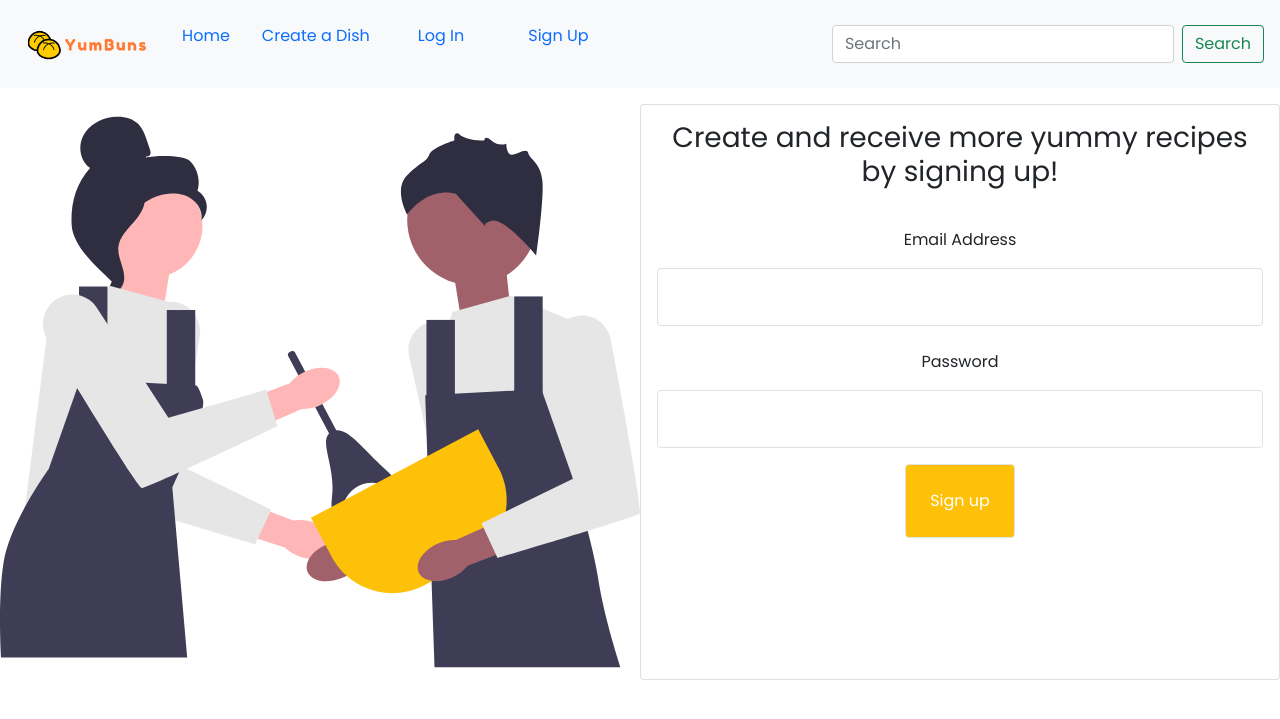
Repository: mottad14/yumBuns
Page: /signup (app in client/)
An editor plug-in stored every save of this project. The page is shown before and after the next save, followed by the edit.
The browser window is 1280 px wide. The pictures show the whole page.
Some web fonts or font styles are not loaded; a fallback is used. The project was rebuilt for these pictures with package versions that can differ from the ones it lists, and the page was loaded fresh each time. Also part of the build but not shown: client/src/components/RecipePreview.js, client/src/views/Main.js, client/src/views/Login.js, client/src/views/Create.js, client/src/views/Recipe.js, client/src/components/SubscribePop.css, client/src/components/SignUp.jsx, client/src/components/SubscribePop.js.

Above is the page before, as saved 2022-07-30 09:59:30.

### client/public/index.html
<!DOCTYPE html>
<html lang="en">
  <head>
    <meta charset="utf-8" />
    <link rel="icon" href="%PUBLIC_URL%/favicon.ico" />
    <meta name="viewport" content="width=device-width, initial-scale=1" />
    <meta name="theme-color" content="#000000" />
    <meta
      name="description"
      content="Web site created using create-react-app"
    />
    <!--
      Notice the use of %PUBLIC_URL% in the tags above.
      It will be replaced with the URL of the `public` folder during the build.
      Only files inside the `public` folder can be referenced from the HTML.

      Unlike "/favicon.ico" or "favicon.ico", "%PUBLIC_URL%/favicon.ico" will
      work correctly both with client-side routing and a non-root public URL.
      Learn how to configure a non-root public URL by running `npm run build`.
    -->
    <title>Yumbuns</title>
  </head>
  <body>
    <noscript>You need to enable JavaScript to run this app.</noscript>
    <div id="root"></div>
    <!--
      This HTML file is a template.
      If you open it directly in the browser, you will see an empty page.

      You can add webfonts, meta tags, or analytics to this file.
      The build step will place the bundled scripts into the <body> tag.

      To begin the development, run `npm start` or `yarn start`.
      To create a production bundle, use `npm run build` or `yarn build`.
    -->
  </body>
</html>

### client/src/index.js
import React from 'react';
import ReactDOM from 'react-dom';
import './index.css';
import App from './App';
import reportWebVitals from './reportWebVitals';
import {BrowserRouter} from "react-router-dom";

ReactDOM.render(
    <React.StrictMode>
      <BrowserRouter>
            <App />
      </BrowserRouter>
    </React.StrictMode>,
    document.getElementById('root')
);



// If you want to start measuring performance in your app, pass a function
// to log results (for example: reportWebVitals(console.log))
// or send to an analytics endpoint. Learn more: https://bit.ly/CRA-vitals
reportWebVitals();

### client/src/App.js
import React from 'react';
import 'bootstrap/dist/css/bootstrap.min.css';
import {Switch, Route} from "react-router-dom";
import './App.css';
import NavBar from './components/NavBar';
import Main from './views/Main';
import Login from './views/Login'
import NewAccount from "./views/NewAccount"
import Create from './views/Create';
import Recipe from './views/Recipe';
import SubscribePop from './components/SubscribePop';
import {useState, useEffect} from 'react'
import { AuthContextProvider } from "./contexts/AuthContext";


function App() {
  const [timedPopup, setTimedPopup] = useState (false);

  useEffect(() => {
    setTimeout(() => {
      setTimedPopup(true)
    }, 45000)
  }, [])


  return (

    <div className="App">
      <div className="">
          <NavBar/>
          <AuthContextProvider>
              <Switch>
                <Route exact path="/">
                  <Main/>
                </Route>

                <Route exact path="/login">
                  <Login/>
                </Route>

                <Route exact path="/signup">
                  <NewAccount/>
                </Route>

                <Route path="/view/single/:_id">
                  <Recipe/>
                </Route>

                <Route exact path="/create">
                  <Create/>
                </Route>
              </Switch>

              <SubscribePop trigger={timedPopup} setTrigger={setTimedPopup}>
              </SubscribePop>
          </AuthContextProvider>


       </div>
    </div>
  );
}

export default App;

### client/src/App.css
@import url('https://fonts.googleapis.com/css2?family=BIZ+UDGothic&family=Poppins&display=swap');

.App {
  font-family: 'BIZ UDGothic', sans-serif;
  font-family: 'Poppins', sans-serif;
  z-index: 1;
  text-align: center;
}

.recipePreview{
  border: 3px solid rgb(177, 177, 177);
  min-height: 300px;
  width: 250px;
  background-color: rgb(254, 194, 10);
  border-left-style: dotted;
  border-right-style: dotted;
  border-radius: 10%;

}

.recipePreview > img{
  width: 95%;
  border-radius: 10%;
}
.recipePreview >div{
  align-items: center;

}

.Logo{
  margin-left: 10px;
  height: 30px;
}

.sticky{
  position: sticky;
  top: 0;
  z-index: 999;
  background-color: rgb(254, 194, 10);
  border: 2px solid black;
  border-radius: 25px;
}

.thumbnailBox > img{
  height: 40px;
}

.thumbnailBox > img:hover{
  height: 125px;
}

### client/src/components/NavBar.js
import React from "react";
import { Link } from "react-router-dom"
import Nav from 'react-bootstrap/Nav';
import YumBuns from "../imgs/YumBunsLogo.png"

const NavBar = (props) => {
    return(
            <nav className="navbar navbar-expand-lg bg-light mb-3">
                <Link className="navbar-brand mx-3" to="/">  <img className="Logo" src={YumBuns} alt="Logo" /> </Link>

                <div className="collapse navbar-collapse" id="navbarSupportedContent">
                <ul className="navbar-nav me-auto mb-2 mb-lg-0">
                    <li className="nav-item">
                    <Nav.Link> <Link className="nav-link btn-outline-warning" aria-current="page" to="/">Home</Link> </Nav.Link>
                    </li>
                    <li className="nav-item">
                    <Nav.Link> <Link className="nav-link btn-outline-warning" to="/create">Create a Dish</Link> </Nav.Link>
                    </li>
                    <li className="nav-item">
                    <Nav.Link> <Link className="nav-link d-flex mx-3 btn-outline-warning" to="/login"> Log In</Link> </Nav.Link>
                    </li>
                    <li className="nav-item">
                    <Nav.Link>  <Link className="nav-link d-flex mx-3 btn-outline-warning" to="/signup">    <p onClick={() => props.setTrigger(true)}> Sign Up </p>    </Link> </Nav.Link>
                    </li>
                </ul>
                <form className="d-flex mx-3" role="search">
                    <input className="form-control me-2" type="search" placeholder="Search" aria-label="Search" />
                    <button className="btn btn-outline-success" type="submit">Search</button>
                </form>
            </div>
            </nav>
    )
}

export default NavBar;

### client/src/views/NewAccount.js
import React, { useState } from 'react'
import { Link, useHistory } from 'react-router-dom'
import {Form, Button, Card, Alert} from "react-bootstrap"
import { UserAuth } from '../contexts/AuthContext'
import cooking from "../imgs/cooking.svg"

const Signup = () => {

  const [email, setEmail] = useState('')
  const [password, setPassword] = useState('')
  const [error, setError] = useState('')

  const history = useHistory();
  const {createUser} = UserAuth();

  const handleSubmit = async(e) => {
    e.preventDefault();
    setError('')
    try{
      await createUser(email, password)
      history.push("/");
    } catch(e) {
      setError(e.message)
      console.log(e.message)
    }
  }

  return (
    <div style={{ display: 'flex',
        height: '80vh'}}>
        <img className='flex' style={{maxWidth: "50vw"}} src={cooking} alt={cooking} />

    <Card>
      <Card.Body>
          <h3 className='text-center mb-4'> Create and receive more yummy recipes by signing up!</h3>
            {error && <Alert variant="danger"> {error} </Alert>}

      <Form onSubmit={handleSubmit}>
          <Form.Group className='flex flex-col py-2'>
            <Form.Label className='py-2 font-medium' htmlFor=""> Email Address</Form.Label>
            <Form.Control onChange={(e)=> setEmail(e.target.value)} className='border p-3' type="email"/>
          </Form.Group>

          <Form.Group className='flex flex-col py-2'>
            <Form.Label className='py-2 font-medium' htmlFor=""> Password</Form.Label>
            <Form.Control onChange={(e)=> setPassword(e.target.value)} className='border p-3' type="password"/>
          </Form.Group>

          <Button variant="warning" className='border border-blue-500 bg-yellow-600 hover:bg-blue-500 w-full p-4 my-2 text-white'>Sign up</Button>
      </Form>


      </Card.Body>
    </Card>
    </div>
  )
}

export default Signup

### client/src/contexts/AuthContext.js
import { createContext, useContext, useEffect, useState } from "react";
import {createUserWithEmailAndPassword,
    signInWithEmailAndPassword,
    signOut,
    onAuthStateChanged}
    from "firebase/auth"
import { auth } from "../firebase";

const UserContext = createContext();

export const AuthContextProvider = ({children}) => {
    const [user, setUser] = useState({})

    const createUser = (email, password) => {
        return (createUserWithEmailAndPassword(auth, email, password))
    }

    const signIn = (email, password) => {
        return signInWithEmailAndPassword(auth, email, password)
    }

    const logout = () =>{
        return signOut(auth);
    }

    useEffect (() => {
        const unsubscribe = onAuthStateChanged(auth, (currentUser) => {
            console.log(currentUser)
            setUser(currentUser)
        })
        return (() => {
            unsubscribe()
        })
    }, [])

    return (
        <UserContext.Provider value={{ createUser, user, signIn, logout }}>
            {children}
        </UserContext.Provider>
    )
}

export const UserAuth = () =>{
    return useContext(UserContext)
}

### client/src/firebase.js
// Import the functions you need from the SDKs you need
import { initializeApp } from "firebase/app";
import { getAuth } from "firebase/auth";
// TODO: Add SDKs for Firebase products that you want to use
// https://firebase.google.com/docs/web/setup#available-libraries

// Your web app's Firebase configuration
console.log(`The current api key is: ${process.env.REACT_APP_FIREBASE_API_KEY}`)
const firebaseConfig = {
  apiKey: process.env.REACT_APP_FIREBASE_API_KEY,
  authDomain: process.env.REACT_APP_FIREBASE_AUTH_DOMAIN,
  projectId: process.env.REACT_APP_FIREBASE_PROJECT_ID,
  storageBucket: process.env.REACT_APP_FIREBASE_STORAGE_BUCKET,
  messagingSenderId: process.env.REACT_APP_FIREBASE_MESSAGING_SENDER_ID,
  appId: process.env.REACT_APP_FIREBASE_APP_ID,
  measurementId: process.env.REACT_APP_FIREBASE_MEASUREMENT_ID
};

// Initialize Firebase
const app = initializeApp(firebaseConfig);
export const auth = getAuth(app);
export default app;

Loaded but not shown: client/src/index.css (common file); client/src/reportWebVitals.js (common file)

After the next save:
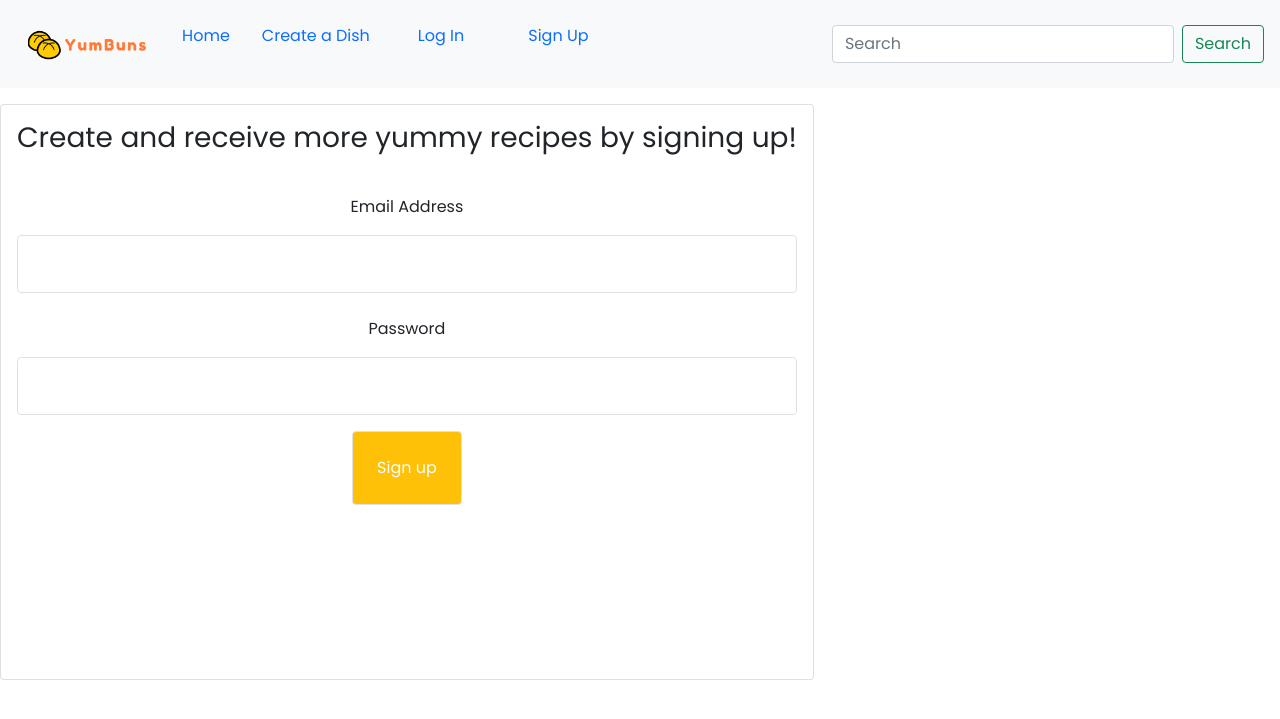
Saved 3 min 22 s later.
--- a/client/src/views/NewAccount.js
+++ b/client/src/views/NewAccount.js
@@ -28,7 +28,9 @@ const Signup = () => {
   return (
     <div style={{ display: 'flex',
         height: '80vh'}}>
-        <img className='flex' style={{maxWidth: "50vw"}} src={cooking} alt={cooking} />
+    <div style={{ backgroundImage: {cooking} }}>
+    </div>
+        {/* <img className='flex' style={{maxWidth: "50vw"}} src={cooking} alt={cooking} /> */}
 
     <Card>
       <Card.Body>
